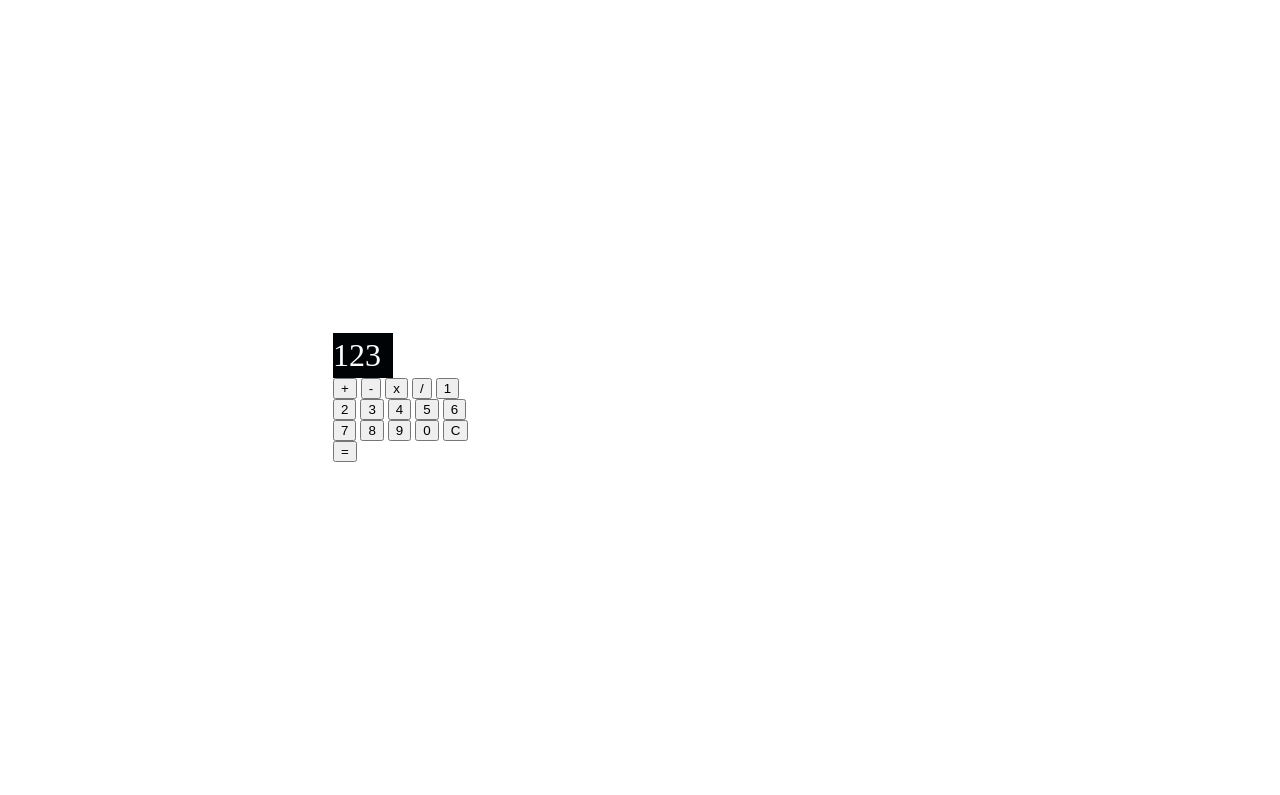
Repository: TEazy2433/LAB-calculator
Page: index.html
The author's editor kept a copy of each file at every save. The page is drawn from the files as they stood at one save, then again after the next save.
The browser window is 1280 px wide. The pictures show the whole page.

Above is the page before, as saved 2023-10-14 10:02:25.

### index.html
<!DOCTYPE html>
<html lang="en">
<head>
  <meta charset="UTF-8">
  <meta name="viewport" content="width=device-width, initial-scale=1.0">
  <title>calculator</title>
  <link rel="stylesheet" href="main.css">


</head>
<body>
  <div class="calculator">
    <div class="display">123</div>
    <div class="calculator_keys">
      <button class="calculator_key key--operator">+</button>
      <button class="calculator_key key--operator">-</button>
      <button class="calculator_key key--operator">x</button>
      <button class="calculator_key key--operator">/</button>
      <button class="calculator_key">1</button>
      <button class="calculator_key">2</button>
      <button class="calculator_key">3</button>
      <button class="calculator_key">4</button>
      <button class="calculator_key">5</button>
      <button class="calculator_key">6</button>
      <button class="calculator_key">7</button>
      <button class="calculator_key">8</button>
      <button class="calculator_key">9</button>
      <button class="calculator_key">0</button>
      <button class="calculator_key">C</button>
      <button class="calculator_key key--enter">=</button>
    </div>
  </div>

</body>
</html>

### main.css
.calculator{
  display: flex;
  flex-wrap: wrap;
  max-width: 150px;
  padding: 325px;
}
.display{
  font-size: 2rem;
  text-align: end;
  background: hsl(210, 100%, 1%);
  color: hsl(255, 100%, 100%);
  padding-block-start: 0.25rem;
  padding-block-end: 0.25rem;
  padding-inline-end: 0.75rem;
}

.calculator_keys{


}
.calculator_key{

}
.key--operator{

}
.key--enter{

}

After the next save:
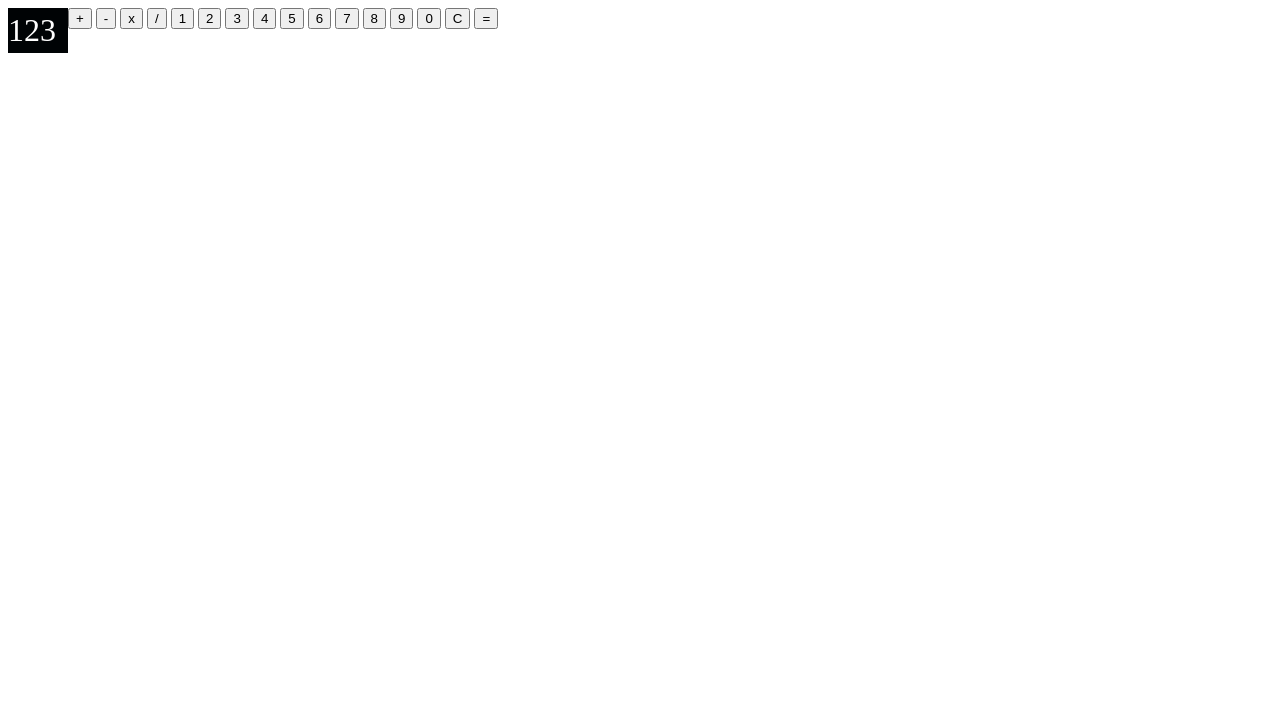
Saved 19 s later.
--- a/main.css
+++ b/main.css
@@ -1,8 +1,6 @@
 .calculator{
   display: flex;
   flex-wrap: wrap;
-  max-width: 150px;
-  padding: 325px;
 }
 .display{
   font-size: 2rem;
